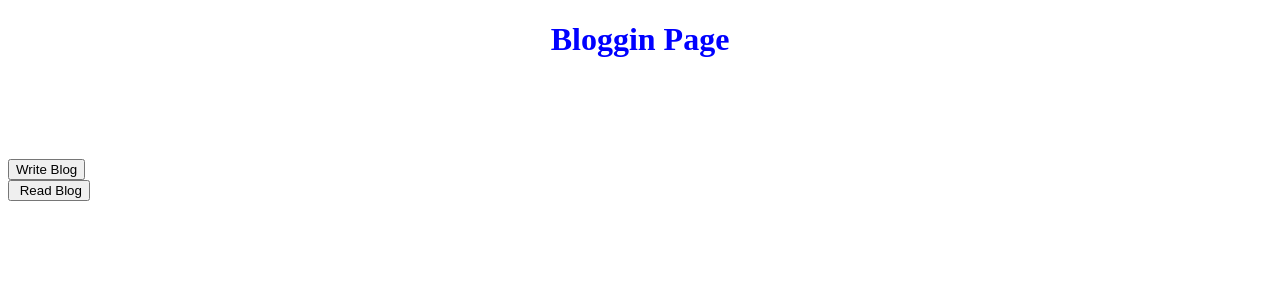
Repository: choubeyshubham018/CompleteJavaQuestions
Page: http://localhost/Ques_17_ServletBlogApplication/
The author's editor kept a copy of each file at every save. The page is drawn from the files as they stood at one save, then again after the next save.
The browser window is 1280 px wide. The pictures show the whole page.
The page is served by Tomcat 9. Other server files are loaded and not shown.

Above is the page before, as saved 2023-09-19 06:23:10.

### Servlet Assignment/Ques_17_ServletBlogApplication/src/main/webapp/index.jsp
<%@ page language="java" contentType="text/html; charset=ISO-8859-1"
    pageEncoding="ISO-8859-1" %>
<!DOCTYPE html>
<html>
<head>
<meta charset="ISO-8859-1">
<title>Home Page</title>
</head>
<body>

<h1 style="text-align: center; color: blue;">Bloggin Page</h1>
<div style="display: flex; justify-content: center; height: 200px; flex-direction: column;">
<form action="./blog & s1=save %">
<input type="submit" value="Write Blog">
</form>
<form action="./blog & s1=write %">
<input type="submit" value=" Read Blog">
</form>
</div>
</body>
</html>

After the next save:
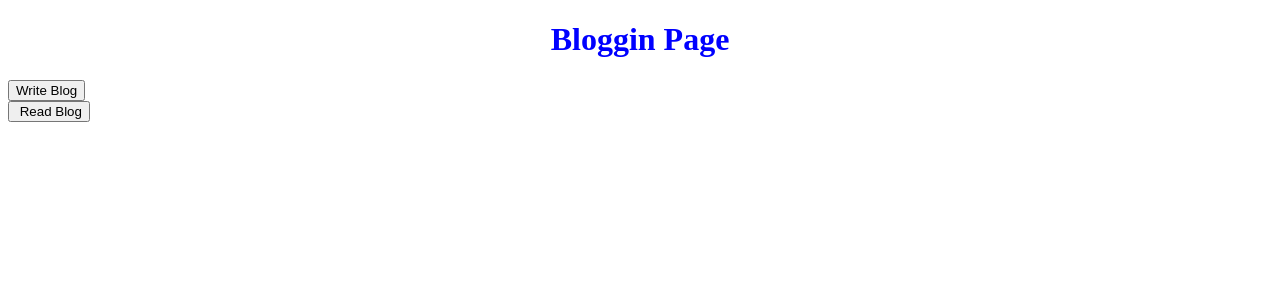
Saved 23 s later.
--- a/Servlet Assignment/Ques_17_ServletBlogApplication/src/main/webapp/index.jsp
+++ b/Servlet Assignment/Ques_17_ServletBlogApplication/src/main/webapp/index.jsp
@@ -9,7 +9,7 @@
 <body>
 
 <h1 style="text-align: center; color: blue;">Bloggin Page</h1>
-<div style="display: flex; justify-content: center; height: 200px; flex-direction: column;">
+<div style="display: flex;  height: 200px; flex-direction: column;">
 <form action="./blog & s1=save %">
 <input type="submit" value="Write Blog">
 </form>

After the save that followed:
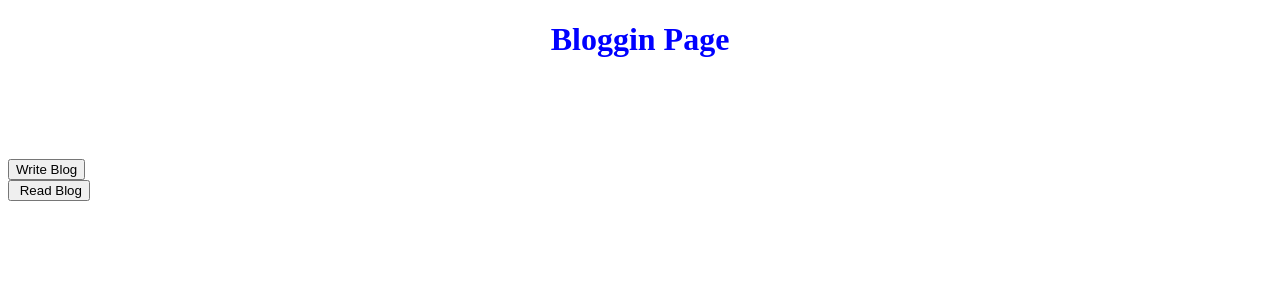
Saved 18 s later.
--- a/Servlet Assignment/Ques_17_ServletBlogApplication/src/main/webapp/index.jsp
+++ b/Servlet Assignment/Ques_17_ServletBlogApplication/src/main/webapp/index.jsp
@@ -9,7 +9,7 @@
 <body>
 
 <h1 style="text-align: center; color: blue;">Bloggin Page</h1>
-<div style="display: flex;  height: 200px; flex-direction: column;">
+<div style="display: flex; justify-content: center; height: 200px; flex-direction: column;">
 <form action="./blog & s1=save %">
 <input type="submit" value="Write Blog">
 </form>
